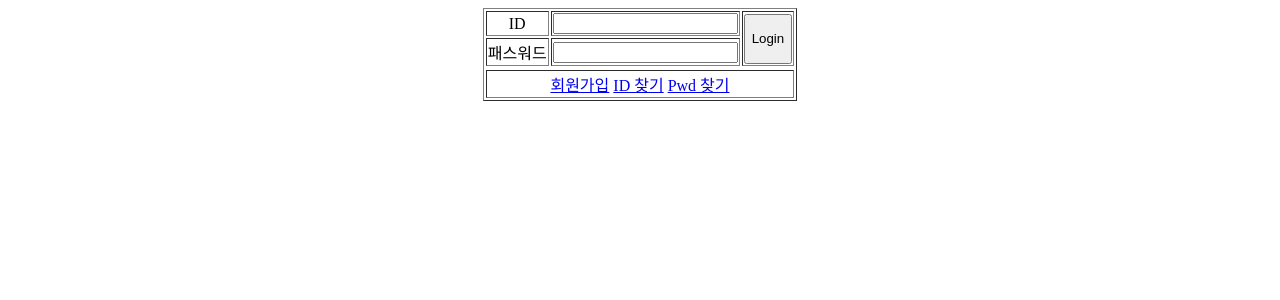
Repository: wake45/Web_Programming_Project
Page: Web_기말프로젝트_20145150_이상욱/Project/WebContent/login.html
These files come from the project's save history. The page is drawn as it stood at one moment and after the next save; the edit follows.
The browser window is 1280 px wide. The pictures show the whole page.

Above is the page before, as saved 2018-06-15 04:12:22.

### Web_기말프로젝트_20145150_이상욱/Project/WebContent/login.html
<!DOCTYPE html>
<html>
<head>
<meta charset="EUC-KR">
<title>Insert title here</title>
</head>
<body>
<form method=post action=login.jsp>
	<center>
	<table border=collapse>
		<tr>
			<td align="center">ID
			<td> <input type=text name=id>
			<td rowspan="2" align="center"><input type=submit value=Login style="height: 50px;"></td>
		<tr>
			<td align="center">패스워드
			<td><input type=password name=password>

		<tr>
		<tr>
			<td colspan="4" align="center">
			<a href="regist.html">회원가입</a>
			<a href="findId.html">ID 찾기</a>
			<a href="findPwd.html">Pwd 찾기</a>
		</tr>
	</table>
	</center>
</form>
</body>
</html>

After the next save:
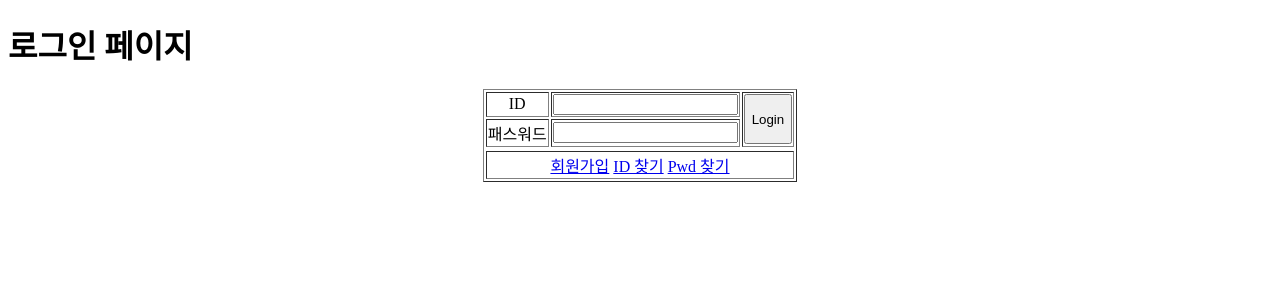
Saved 22 s later.
--- a/Web_기말프로젝트_20145150_이상욱/Project/WebContent/login.html
+++ b/Web_기말프로젝트_20145150_이상욱/Project/WebContent/login.html
@@ -5,6 +5,7 @@
 <title>Insert title here</title>
 </head>
 <body>
+<h1>로그인 페이지</h1>
 <form method=post action=login.jsp>
 	<center>
 	<table border=collapse>
